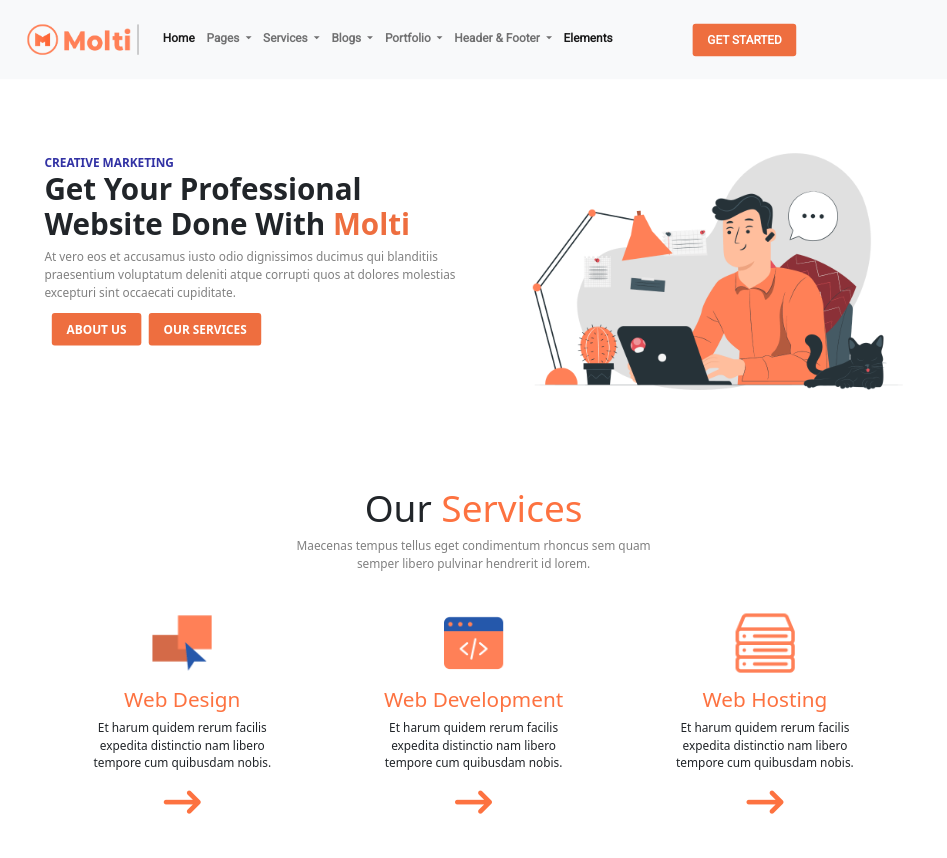
Repository: meherujjahan/Molti-website
Page: index.html
The author's editor kept a copy of each file at every save. The page is drawn from the files as they stood at one save, then again after the next save.
The browser window is 1280 px wide. The pictures show the whole page, at 74% of full size.
Some web libraries are served in a nearby version.

Above is the page before, as saved 2022-03-08 19:44:04.

After the next save:
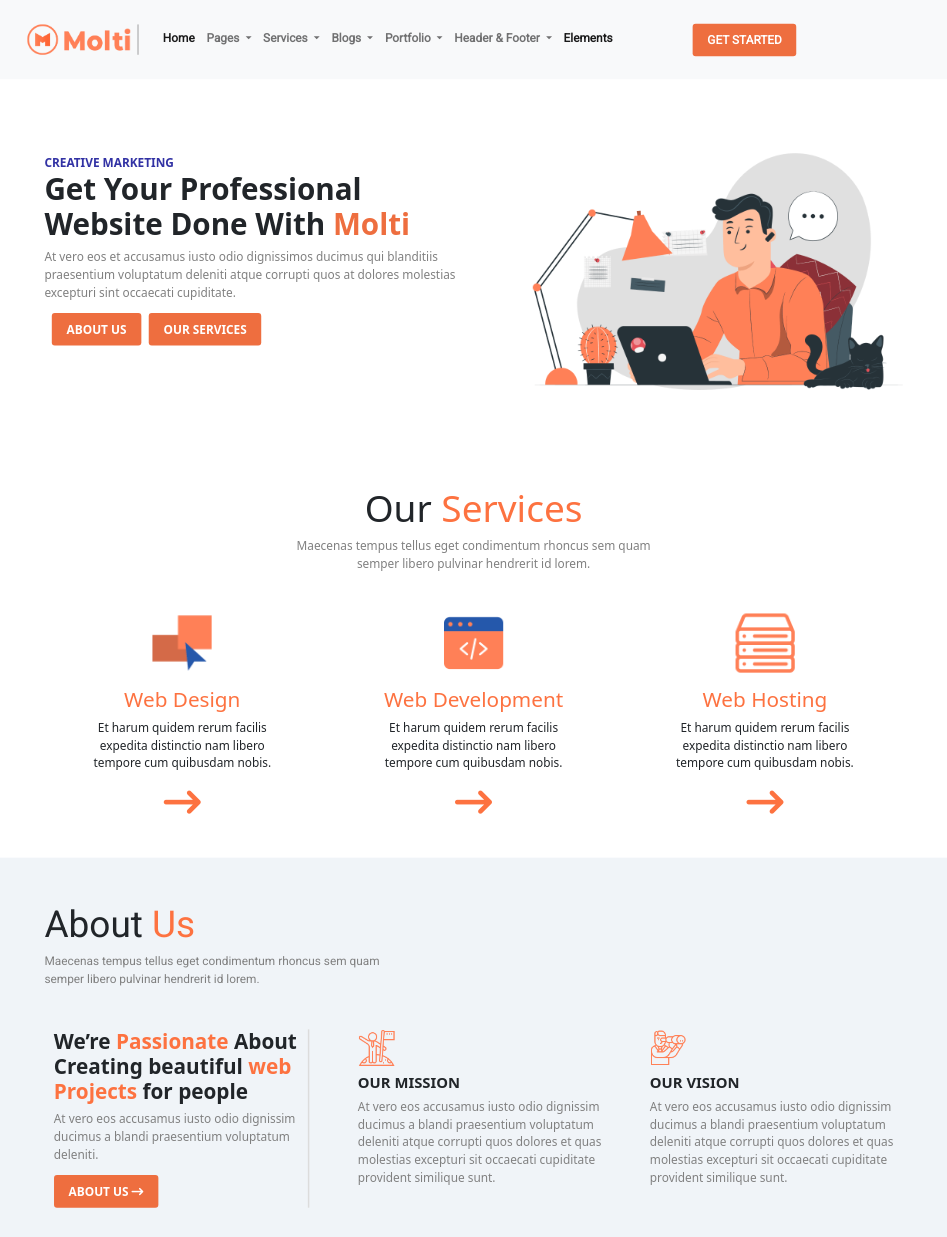
Saved 55 s later.
--- a/index.html
+++ b/index.html
@@ -226,48 +226,107 @@
         </div>
       </section>
       <!-- services section -->
-      <div class="services">
-        <div class="service-text">
-          <h1>Our <span>Services</span></h1>
-          <p>
-            Maecenas tempus tellus eget condimentum rhoncus sem quam <br />
-            semper libero pulvinar hendrerit id lorem.
-          </p>
+      <section>
+        <div class="services">
+          <div class="service-text">
+            <h1>Our <span>Services</span></h1>
+            <p>
+              Maecenas tempus tellus eget condimentum rhoncus sem quam <br />
+              semper libero pulvinar hendrerit id lorem.
+            </p>
+          </div>
+
+          <div class="service-card">
+            <div class="single-card">
+              <img src="/Image/Web-Design.png" alt="" />
+              <h3>Web Design</h3>
+              <p>
+                Et harum quidem rerum facilis <br />
+                expedita distinctio nam libero <br />
+                tempore cum quibusdam nobis.
+              </p>
+              <i class="fa-solid icon fa-arrow-right-long"></i>
+            </div>
+            <div class="single-card">
+              <img src="/Image/web-developement.png" alt="" />
+              <h3>Web Development</h3>
+              <p>
+                Et harum quidem rerum facilis <br />
+                expedita distinctio nam libero <br />
+                tempore cum quibusdam nobis.
+              </p>
+              <i class="fa-solid icon fa-arrow-right-long"></i>
+            </div>
+            <div class="single-card">
+              <img src="/Image/molti-hosting-service.png" alt="" />
+              <h3>Web Hosting</h3>
+              <p>
+                Et harum quidem rerum facilis <br />
+                expedita distinctio nam libero <br />
+                tempore cum quibusdam nobis.
+              </p>
+              <i class="fa-solid icon fa-arrow-right-long"></i>
+            </div>
+          </div>
         </div>
-
-        <div class="service-card">
-          <div class="single-card">
-            <img src="/Image/Web-Design.png" alt="" />
-            <h3>Web Design</h3>
+      </section>
+      <!-- ABOUT US SECTION -->
+      <section>
+        <div class="aboutUs">
+          <div class="about-text">
+            <h1>About <span>Us</span></h1>
             <p>
-              Et harum quidem rerum facilis <br />
-              expedita distinctio nam libero <br />
-              tempore cum quibusdam nobis.
+              Maecenas tempus tellus eget condimentum rhoncus sem quam <br />
+              semper libero pulvinar hendrerit id lorem.
             </p>
-            <i class="fa-solid icon fa-arrow-right-long"></i>
-          </div>
-          <div class="single-card">
-            <img src="/Image/web-developement.png" alt="" />
-            <h3>Web Development</h3>
-            <p>
-              Et harum quidem rerum facilis <br />
-              expedita distinctio nam libero <br />
-              tempore cum quibusdam nobis.
-            </p>
-            <i class="fa-solid icon fa-arrow-right-long"></i>
-          </div>
-          <div class="single-card">
-            <img src="/Image/molti-hosting-service.png" alt="" />
-            <h3>Web Hosting</h3>
-            <p>
-              Et harum quidem rerum facilis <br />
-              expedita distinctio nam libero <br />
-              tempore cum quibusdam nobis.
-            </p>
-            <i class="fa-solid icon fa-arrow-right-long"></i>
+          </div>
+          <div class="aboutUs-card">
+            <div class="aboutUs-single-card">
+              <div class="aboutUs-1stCard">
+                <h3>
+                  We’re <span>Passionate</span> About <br />
+                  Creating beautiful
+                  <span
+                    >web <br />
+                    Projects</span
+                  >
+                  for people
+                </h3>
+                <p>
+                  At vero eos accusamus iusto odio dignissim <br />
+                  ducimus a blandi praesentium voluptatum <br />
+                  deleniti.
+                </p>
+                <button class="aboutUs-btn">
+                  ABOUT US <i class="fa-solid icon2 fa-arrow-right-long"></i>
+                </button>
+              </div>
+            </div>
+            <div class="aboutUs-single-card">
+              <img src="Image/Our-Mission.png" alt="" />
+              <h5>OUR MISSION</h5>
+              <p>
+                At vero eos accusamus iusto odio dignissim <br />
+                ducimus a blandi praesentium voluptatum <br />
+                deleniti atque corrupti quos dolores et quas <br />
+                molestias excepturi sit occaecati cupiditate <br />
+                provident similique sunt.
+              </p>
+            </div>
+            <div class="aboutUs-single-card">
+              <img src="Image/Our-Vision.png" alt="" />
+              <h5>OUR VISION</h5>
+              <p>
+                At vero eos accusamus iusto odio dignissim <br />
+                ducimus a blandi praesentium voluptatum <br />
+                deleniti atque corrupti quos dolores et quas <br />
+                molestias excepturi sit occaecati cupiditate <br />
+                provident similique sunt.
+              </p>
+            </div>
           </div>
         </div>
-      </div>
+      </section>
     </main>
   </body>
 </html>
